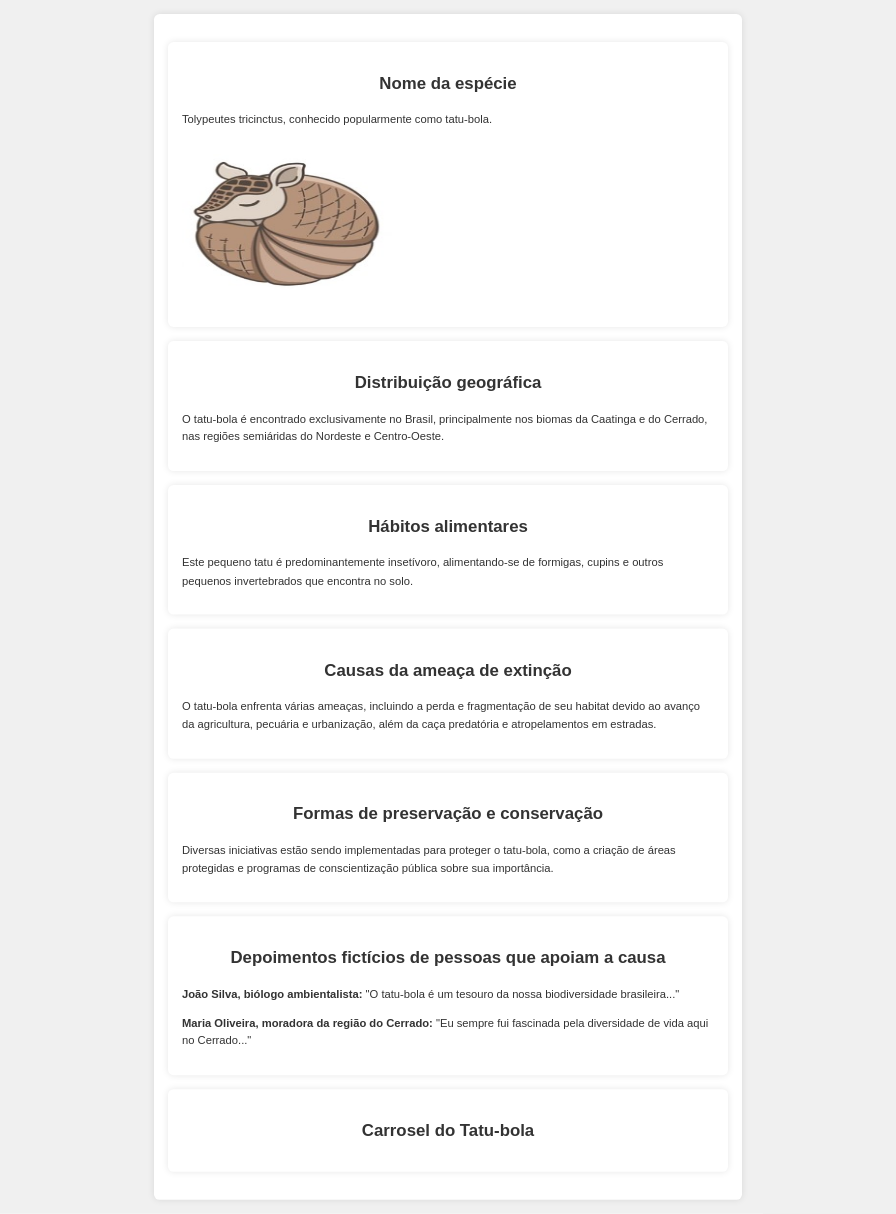
Repository: Gabrielb0rn/Tatu-bola.io
Page: index.html
The author's editor kept a copy of each file at every save. The page is drawn from the files as they stood at one save, then again after the next save.
The browser window is 1280 px wide. The pictures show the part of the page from y = 300 to 2200 px (the page is 2034 px tall before and 2334 px after), at 70% of full size.

Above is the page before, as saved 2024-06-19 08:40:51.

### index.html
<!DOCTYPE html>
<html lang="pt-br">
<head>
    <meta charset="UTF-8">
    <meta name="viewport" content="width=device-width, initial-scale=1.0">
    <title>Projeto Tatu-bola - Tolypeutes tricinctus</title>
    <link rel="stylesheet" href="assets/style.css">
</head>
<body>
    <header>
        <h1>Projeto Tatu-bola - Tolypeutes tricinctus</h1>
    </header>

    <main class="container">
        <section class="container">
            <h2>Nome da espécie</h2>
            <p>Tolypeutes tricinctus, conhecido popularmente como tatu-bola.</p>
            <img src="resources/intro/tatu-bola.jpg" alt="Tatu-bola" height="200" width="300">
        </section>

        <section class="container">
            <h2>Distribuição geográfica</h2>
            <p>O tatu-bola é encontrado exclusivamente no Brasil, principalmente nos biomas da Caatinga e do Cerrado, nas regiões semiáridas do Nordeste e Centro-Oeste.</p>
        </section>

        <section class="container">
            <h2>Hábitos alimentares</h2>
            <p>Este pequeno tatu é predominantemente insetívoro, alimentando-se de formigas, cupins e outros pequenos invertebrados que encontra no solo.</p>
        </section>

        <section class="container">
            <h2>Causas da ameaça de extinção</h2>
            <p>O tatu-bola enfrenta várias ameaças, incluindo a perda e fragmentação de seu habitat devido ao avanço da agricultura, pecuária e urbanização, além da caça predatória e atropelamentos em estradas.</p>
        </section>

        <section class="container">
            <h2>Formas de preservação e conservação</h2>
            <p>Diversas iniciativas estão sendo implementadas para proteger o tatu-bola, como a criação de áreas protegidas e programas de conscientização pública sobre sua importância.</p>
        </section>

        <section class="container">
            <h2>Depoimentos fictícios de pessoas que apoiam a causa</h2>
            <p class="testimonial"><strong>João Silva, biólogo ambientalista:</strong> "O tatu-bola é um tesouro da nossa biodiversidade brasileira..."</p>
            <p class="testimonial"><strong>Maria Oliveira, moradora da região do Cerrado:</strong> "Eu sempre fui fascinada pela diversidade de vida aqui no Cerrado..."</p>
        </section>

        <section id="Carrosel" class="container">
            <h2>Carrosel do Tatu-bola</h2>
            <!-- Incompleto -->
        </section>
    </main>

    <script src="assets/scripts.js"></script>
</body>
</html>

### assets/style.css
body {
    font-family: Arial, sans-serif;
    background-color: #f0f0f0;
    color: #333;
    margin: 0;
    padding: 0;
    line-height: 1.6;
}

header {
    background: url('koenigsegg.jpg') no-repeat center center;
    background-size: cover;
    height: 300px;
    color: white;
    display: flex;
    justify-content: center;
    align-items: center;
    font-size: 2em;
    text-shadow: 2px 2px 4px #000;
    padding: 20px;
    box-sizing: border-box;
}

main {
    padding: 20px;
    margin-bottom: 60px;
}

section {
    margin-bottom: 40px;
}

h1, h2, h3, h4 {
    text-align: center;
}

img {
    margin: 20px 0;
    text-align: center;
}

figcaption {
    font-style: italic;
}

.container {
    max-width: 800px;
    margin: 20px auto;
    padding: 20px;
    background-color: white;
    box-shadow: 0 0 10px rgba(0, 0, 0, 0.1);
    border-radius: 8px;
}

footer {
    background-color: #333;
    color: #ffffff;
    text-align: center;
    padding: 10px;
    width: 90%;
    margin: 0 auto;
    bottom: 0;
}

a {
    color: #0066cc;
    text-decoration: none;
}

a:hover {
    text-decoration: underline;
}

.text-image-right {
    display: flex;
    flex-wrap: wrap;
    align-items: center;
    margin: 20px 0;
}

.text-image-right div {
    flex: 1;
    padding: 10px;
}

.text-image-right img {
    max-width: 300px;
    width: 100%;
    height: auto;
    flex: 1;
    margin: 10px;
}

@media (max-width: 768px) {
    .text-image-right {
        flex-direction: column;
        align-items: center;
    }
}

.about {
    text-align: center;
    font-size: 1.5em;
}

.centered-image {
    display: block;
    margin-left: auto;
    margin-right: auto;
}

Loaded but not shown: assets/scripts.js (no stored copy; drawn as an empty file)

After the next save:
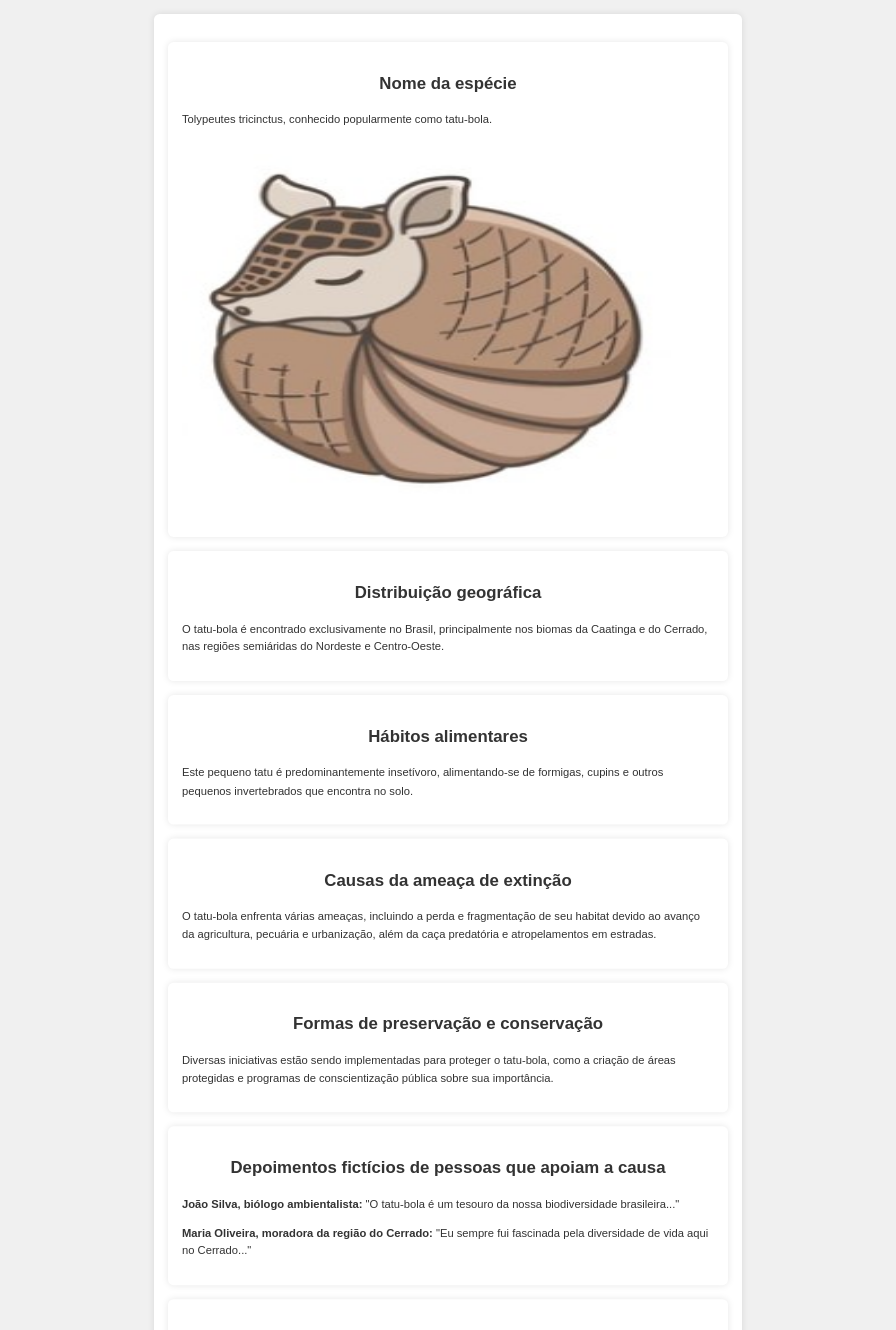
Saved 6 s later.
--- a/index.html
+++ b/index.html
@@ -15,7 +15,7 @@
         <section class="container">
             <h2>Nome da espécie</h2>
             <p>Tolypeutes tricinctus, conhecido popularmente como tatu-bola.</p>
-            <img src="resources/intro/tatu-bola.jpg" alt="Tatu-bola" height="200" width="300">
+            <img src="resources/intro/tatu-bola.jpg" alt="Tatu-bola" height="500" width="700">
         </section>
 
         <section class="container">
